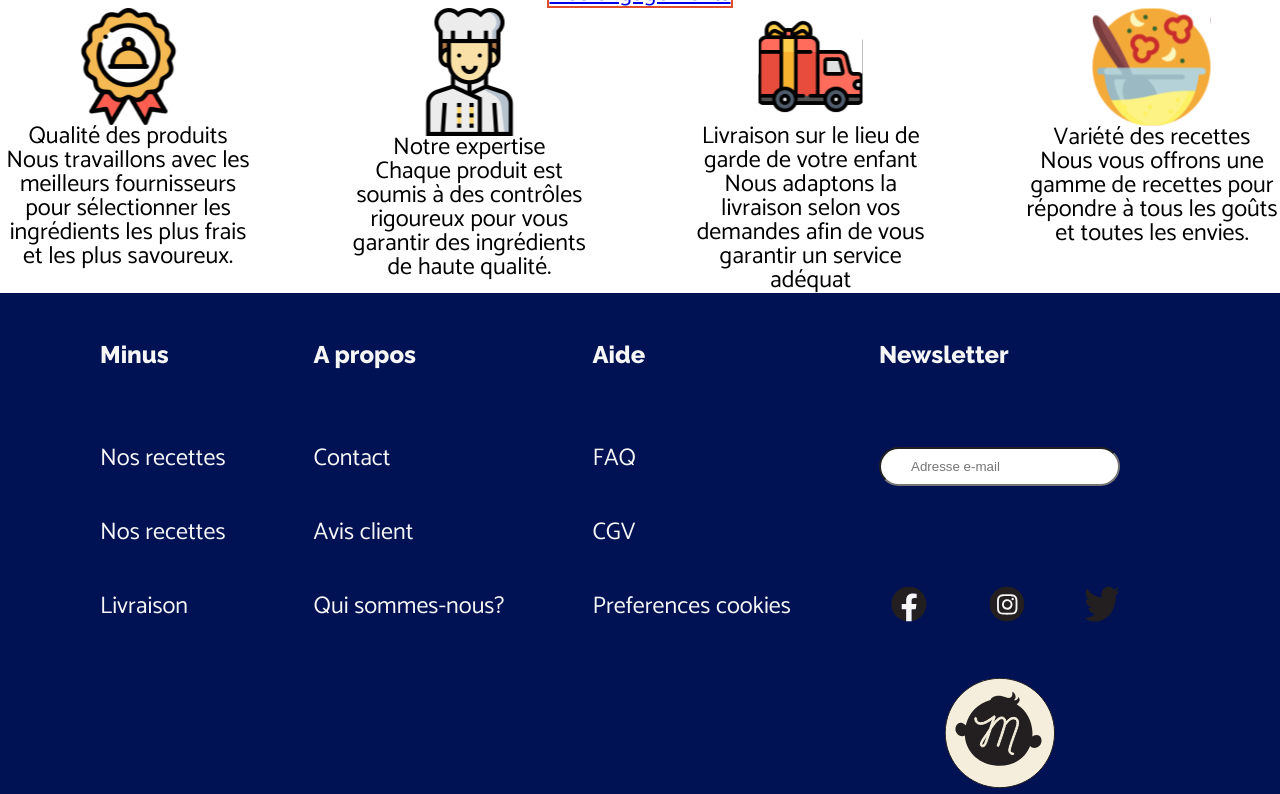
Repository: minus-team7/minus_team7
Page: minus_homepage.html
The author's editor kept a copy of each file at every save. The page is drawn from the files as they stood at one save, then again after a run of saves.
The browser window is 1280 px wide. The pictures show the part of the page from y = 326 to 1180 px (the page is 1120 px tall before and 1180 px after).
A picture or video elsewhere on the page could not be fetched, so the positions and the page height are approximate.

Above is the page before, as saved 2023-02-12 22:29:40.

After the next 5 saves:
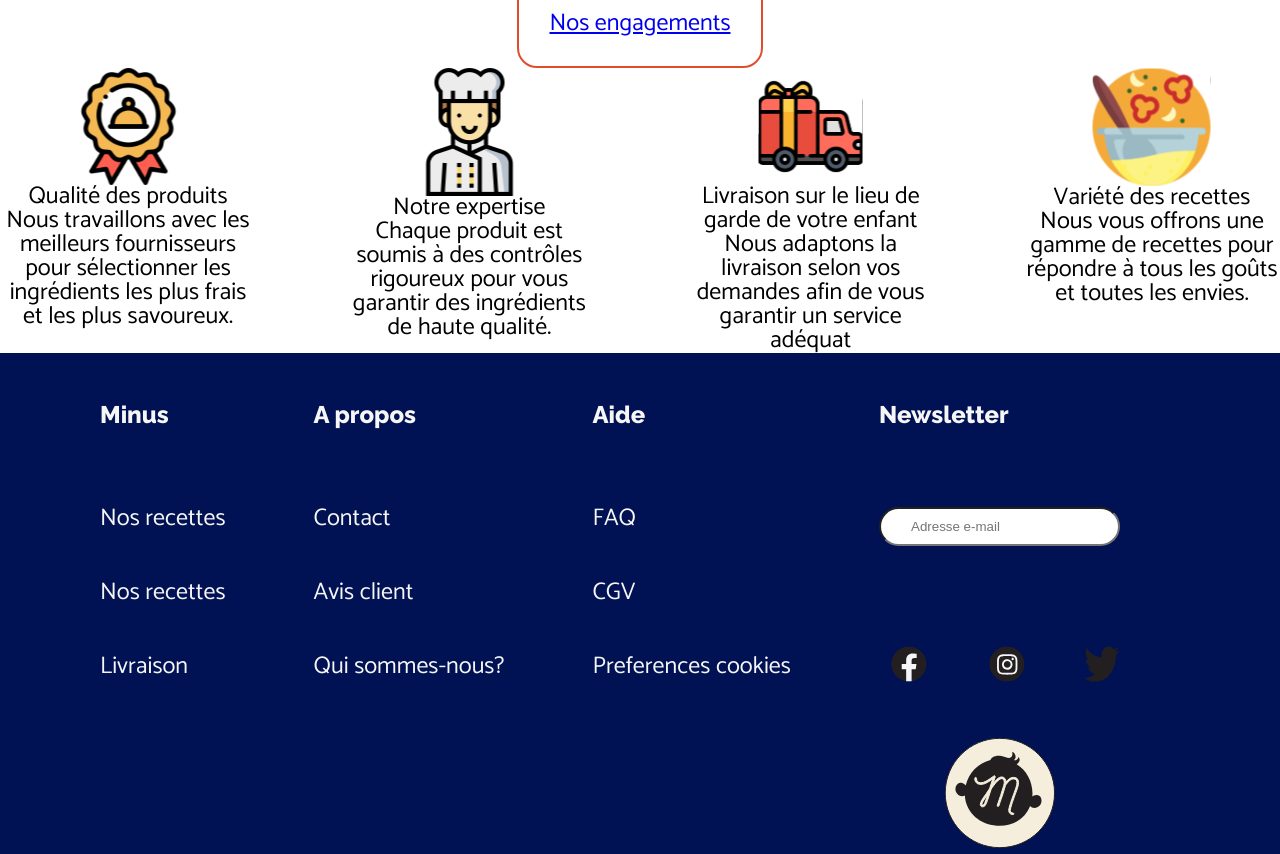
The 5 saves are shown as one change because they came seconds apart.
The last was saved 13 s later.
--- a/minus_homepage.css
+++ b/minus_homepage.css
@@ -13,6 +13,8 @@ body{
 
 .bouton a{
     border:#E14D2A 2px solid;
+    border-radius: 20px;
+    padding: 30px;
 
 }
 
